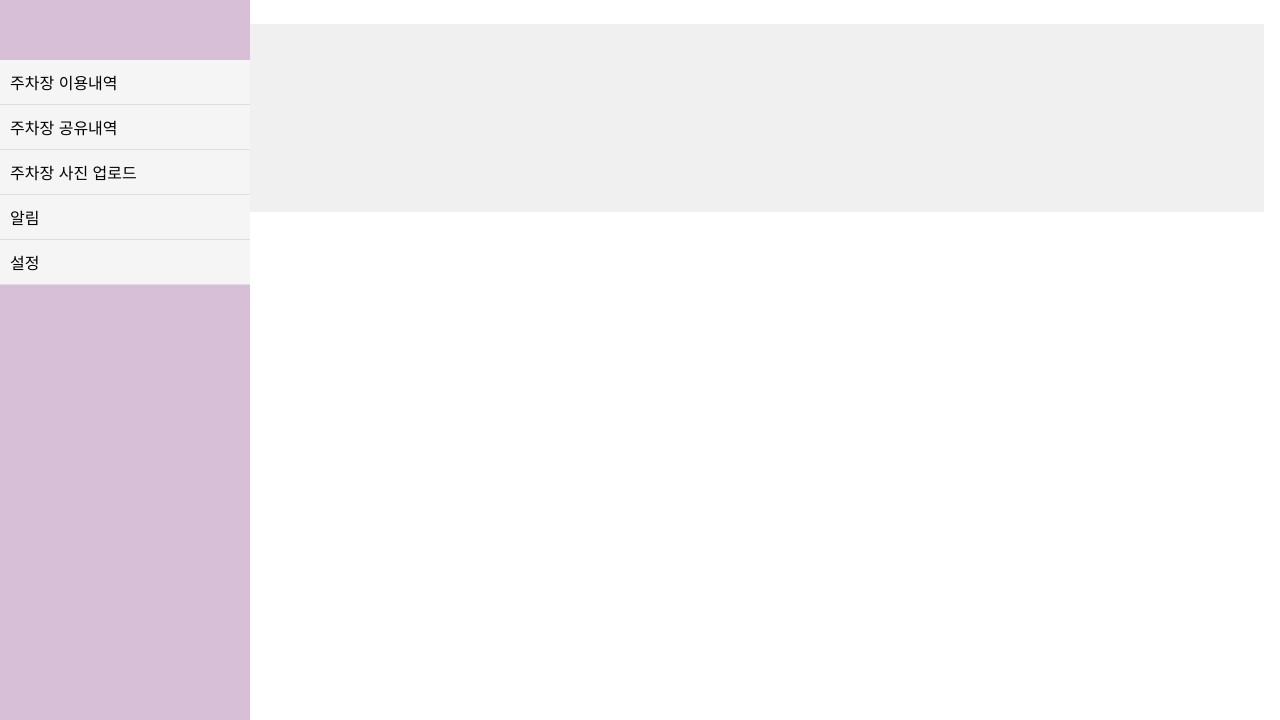
Repository: ohjjoa/reactTest
Page: /, after clicking the first element matching `img`
These files come from the project's save history. The page is drawn as it stood at one moment and after the next save; the edit follows.
The browser window is 1280 px wide. The pictures show the whole page.
The project was rebuilt for these pictures with package versions that can differ from the ones it lists, and the page was loaded fresh each time.

Above is the page before, as saved 2024-08-02 05:01:50.

After the next save:
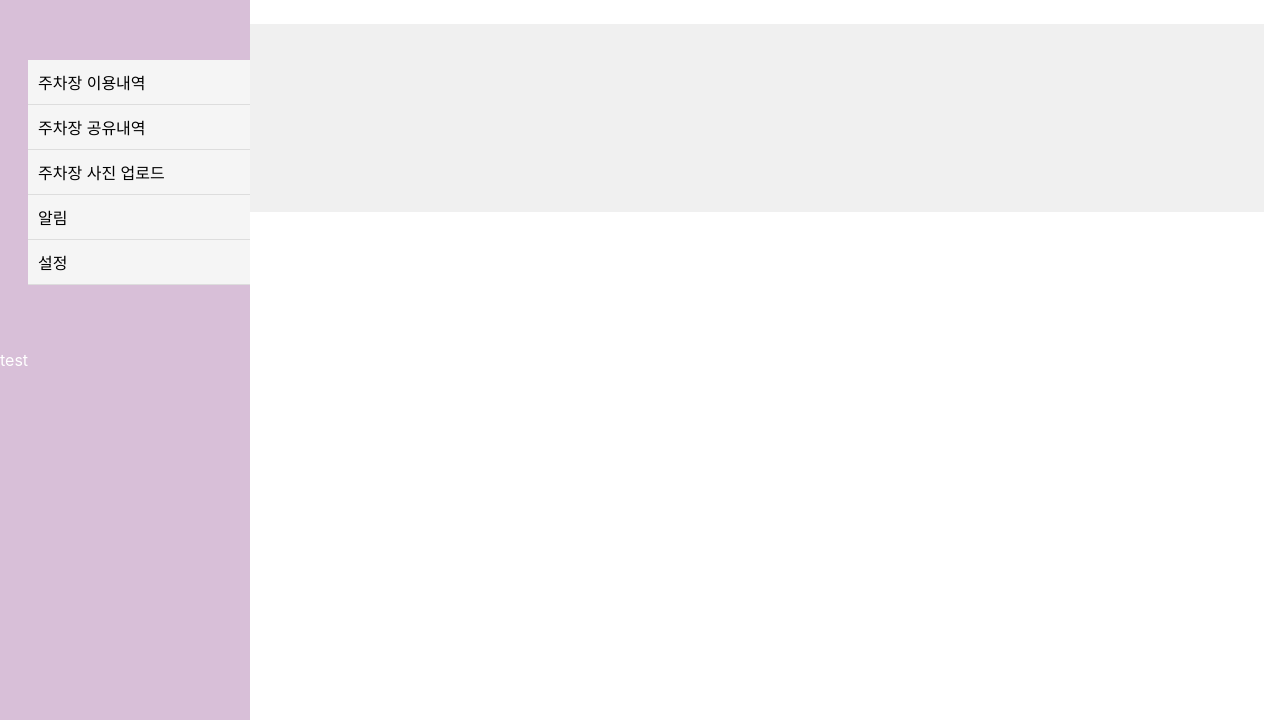
Saved 115 s later.
--- a/src/pages/Home/index.tsx
+++ b/src/pages/Home/index.tsx
@@ -87,6 +87,7 @@ const Home = () => {
 
       {sideBarOpen && (
         <SidebarOpen ref={sidebarRef}>
+          <div>test</div>
           <List
             height={600} // 사이드바의 높이
             itemCount={items.length} // 아이템 수
